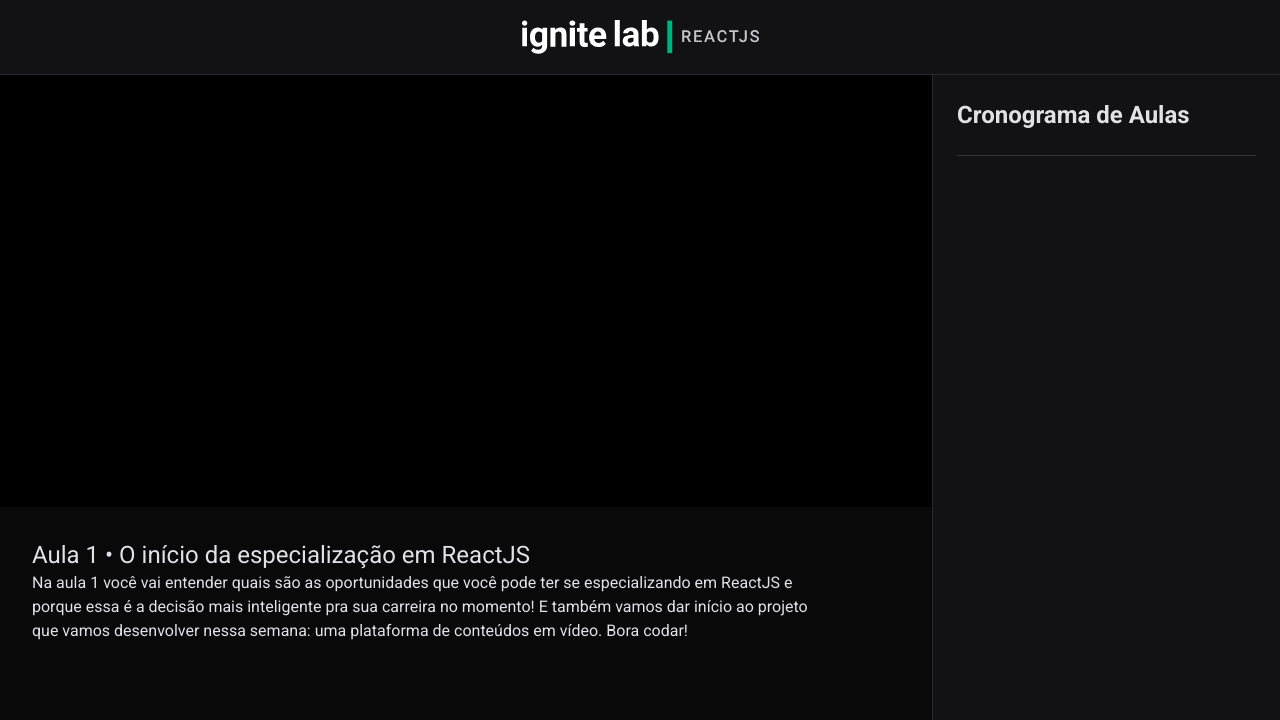
Repository: guilhermecardoso93/ignitelab
Page: /
An editor plug-in stored every save of this project. The page is shown before and after the next save, followed by the edit.
The browser window is 1280 px wide. The pictures show the whole page.
The page's requests for data from a server got no answer. The project was rebuilt for these pictures with package versions that can differ from the ones it lists, and the page was loaded fresh each time. No one was signed in, and anything a server would have sent is missing. Also part of the build but not shown: vite.config.ts, src/components/Lesson/index.tsx.

Above is the page before, as saved 2022-06-23 20:18:58.

### index.html
<!DOCTYPE html>
<html lang="en">
  <head>
    <meta charset="UTF-8" />
    <link rel="icon" type="image/svg+xml" href="/src/favicon.svg" />
    <link rel="preconnect" href="https://fonts.googleapis.com" />
    <link rel="preconnect" href="https://fonts.gstatic.com" crossorigin />
    <link
      href="https://fonts.googleapis.com/css2?family=Roboto:wght@400;500;700&display=swap"
      rel="stylesheet"
    />
    <meta name="viewport" content="width=device-width, initial-scale=1.0" />
    <title>Ignite Lab</title>
  </head>
  <body>
    <div id="root"></div>
    <script type="module" src="/src/main.tsx"></script>
  </body>
</html>

### src/main.tsx
import { ApolloProvider } from "@apollo/client";
import React from "react";
import ReactDOM from "react-dom/client";
import { App } from "./App";
import { client } from "./lib/apollo";

import "./styles/global.css";

ReactDOM.createRoot(document.getElementById("root")!).render(
  <React.StrictMode>
    <ApolloProvider client={client}>
      <App />
    </ApolloProvider>
  </React.StrictMode>
);

### src/App.tsx
import { Event } from "./pages/Event";

export function App() {
  return (
    <div>
      <Event />
    </div>
  );
}

### src/lib/apollo.ts
import { ApolloClient, InMemoryCache } from "@apollo/client";

export const client = new ApolloClient({
  uri: "https://api-sa-east-1.graphcms.com/v2/cl4orc0220r0201xnfce43eoi/master",
  cache: new InMemoryCache()
});

### src/pages/Event.tsx
import { Header } from "../components/Header";
import { Sidebar } from "../components/Sidebar";
import { Video } from "../components/Video";

export function Event() {
  return (
    <div className="flex flex-col min-h-screen">
      <Header />
      <main className="flex flex-1">
        <Video />
        <Sidebar />
      </main>
    </div>
  );
}

### src/components/Header/index.tsx
import { Logo } from "../Logo";

export function Header() {
  return (
    <header className='w-full py-5 flex items-center justify-center bg-gray-700 border-b border-gray-600'>
      <Logo/>
    </header>
  );
}

### src/components/Sidebar/index.tsx
import { gql, useQuery } from "@apollo/client";
import { Lesson } from "../Lesson";

const GET_LESSONS_QUERY = gql`
  query {
    lessons(orderBy: availableAt_ASC, stage: PUBLISHED) {
      id
      lessonType
      availableAt
      title
      slug
    }
  }
`;

interface GetLessonsQueryResponse {
  lessons: {
    id: string;
    title: string;
    slug: string;
    availableAt: string;
    lessonType: "live" | "class";
  }[];
}

export function Sidebar() {
  const { data } = useQuery<GetLessonsQueryResponse>(GET_LESSONS_QUERY);

  return (
    <aside className="w-[348px] bg-gray-700 p-6 border-l border-gray-600">
      <span className="font-bold text-2xl pb-6 mb-6 border-b border-gray-500 block">
        Cronograma de Aulas
      </span>

      <div className="flex flex-col gap-8">
        { data?.lessons.map( lesson => {
          return (
            <Lesson
            key={lesson.id}
            title={lesson.title}
            slug={lesson.slug}
            availableAt={new Date(lesson.availableAt)}
            type={lesson.lessonType}
          />
          )
        })}
      </div>
    </aside>
  );
}

### src/components/Video/index.tsx
export function Video() {
  return (
    <div className='flex-1 '>
      <div className="bg-black flex justify-center">
        <div className="h-full w-full max-w-[1100px] max-h-[60vh] aspect-video"></div>
      </div>
      <div className="p-8 max-w-[1100px] mx-auto">
        <div className="flex items-start gap-16">
          <div className="flex-1">
              <h1 className="text-2xl fot-bold">
                Aula 1 • O início da especialização em ReactJS
              </h1>
              <p>
              Na aula 1 você vai entender quais são as oportunidades que você pode ter se especializando em ReactJS e porque essa é a decisão mais inteligente pra sua carreira no momento! E também vamos dar início ao projeto que vamos desenvolver nessa semana: uma plataforma de conteúdos em vídeo. Bora codar!
              </p>
          </div>
          <div>

          </div>
        </div>
        <div>

        </div>
      </div>
    </div>

  );
}

### src/components/Logo/index.tsx
export function Logo() {
  return (
    <svg
      xmlns="http://www.w3.org/2000/svg"
      width="237"
      height="34"
      fill="none"
      viewBox="0 0 237 34"
    >
      <path
        fill="#fff"
        d="M.002 3.112a2.49 2.49 0 01.165-.987c.12-.314.304-.595.535-.83A2.906 2.906 0 012.615.572c.698 0 1.374.257 1.912.723.23.24.412.524.536.837a2.701 2.701 0 010 1.979 2.568 2.568 0 01-.536.837 2.889 2.889 0 01-1.907.723 2.901 2.901 0 01-1.908-.723 2.458 2.458 0 01-.538-.84 2.645 2.645 0 01-.172-.996zm4.96 23.146H.273V7.862h4.689v18.397zM8.012 16.973c0-2.853.686-5.145 2.055-6.883a6.653 6.653 0 015.528-2.606 5.869 5.869 0 014.802 2.09l.2-1.751h4.538v17.95a7.891 7.891 0 01-1.12 4.246 7.243 7.243 0 01-3.147 2.752 11.155 11.155 0 01-4.742.94c-1.378 0-2.74-.279-4.008-.812a7.08 7.08 0 01-2.946-2.11l2.208-3.02a5.905 5.905 0 004.543 2.08 4.356 4.356 0 003.104-1.059 3.938 3.938 0 001.103-2.993v-.994a5.775 5.775 0 01-4.555 1.935 6.647 6.647 0 01-3.05-.652 6.615 6.615 0 01-2.408-1.967c-1.397-1.752-2.085-4.089-2.085-6.942v-.21h-.025l.005.006zm4.997.355a6.723 6.723 0 001.026 3.956 3.233 3.233 0 002.799 1.443c.651.045 1.3-.088 1.878-.39a3.52 3.52 0 001.396-1.305v-7.825a3.448 3.448 0 00-1.374-1.305 3.504 3.504 0 00-1.86-.39 3.28 3.28 0 00-1.61.365 3.22 3.22 0 00-1.219 1.103c-.688.975-1.036 2.418-1.036 4.348zM33.098 7.833l.158 2.196a6.527 6.527 0 012.371-1.927 6.38 6.38 0 012.971-.62c1.97 0 3.438.597 4.39 1.79.953 1.194 1.456 2.936 1.486 5.293v12.249h-4.962V14.683a3.367 3.367 0 00-.684-2.344 3.086 3.086 0 00-1.069-.598 3.008 3.008 0 00-1.211-.13 3.349 3.349 0 00-1.821.454c-.553.32-1.01.794-1.313 1.367v13.37H28.45V7.845l4.647-.012zM47.512 3.112a2.304 2.304 0 01.185-.988 2.42 2.42 0 01.59-.831A3.439 3.439 0 0150.404.57c.772 0 1.52.256 2.117.723.508.486.792 1.142.792 1.826 0 .683-.284 1.34-.792 1.826a3.417 3.417 0 01-2.11.723c-.77 0-1.517-.257-2.11-.723a2.47 2.47 0 01-.594-.839 2.342 2.342 0 01-.19-.994h-.005zm5.483 23.149h-5.18V7.86h5.18v18.4zM62.454 3.334v4.612h3.107v3.677h-3.107v9.382c-.05.53.091 1.063.395 1.495a1.824 1.824 0 001.473.45c.476.002.95-.035 1.421-.114v3.803a9.672 9.672 0 01-2.939.449c-3.398 0-5.128-1.775-5.19-5.32V11.644h-2.642V7.968h2.643V3.356h4.841v-.025l-.002.003zM76.487 27.08a9.277 9.277 0 01-6.759-2.55c-1.74-1.699-2.605-3.957-2.605-6.797v-.494a11.295 11.295 0 011.098-5.08 8.141 8.141 0 013.111-3.465 8.72 8.72 0 014.59-1.22c2.577 0 4.62.815 6.098 2.449 1.478 1.633 2.226 3.94 2.226 6.929v2.055h-12.01a4.665 4.665 0 001.473 2.971 4.487 4.487 0 003.111 1.111 5.426 5.426 0 004.548-2.115l2.476 2.781a7.506 7.506 0 01-3.07 2.507 9.81 9.81 0 01-4.287.916v.002zm-.594-15.514a3.127 3.127 0 00-2.428 1.012 5.405 5.405 0 00-1.188 2.912h7.006v-.405a3.749 3.749 0 00-.908-2.608 3.252 3.252 0 00-2.45-.908h-.03l-.002-.003zM97.771 26.259h-4.957V0h4.957V26.26zM112.209 26.259c-.227-.444-.392-.997-.496-1.659-1.196 1.333-2.751 2.002-4.666 2.002-1.811 0-3.314-.523-4.504-1.572-1.191-1.049-1.786-2.372-1.786-3.966 0-1.96.725-3.464 2.179-4.513 1.453-1.049 3.553-1.58 6.3-1.59h2.273v-1.06c0-.854-.22-1.54-.659-2.051-.44-.513-1.131-.77-2.078-.77-.832 0-1.486.2-1.957.6-.474.4-.708.945-.708 1.64h-4.941c0-1.07.331-2.062.992-2.973.662-.91 1.597-1.626 2.804-2.144 1.206-.518 2.564-.778 4.069-.778 2.28 0 4.089.573 5.429 1.718 1.34 1.145 2.009 2.756 2.009 4.83v8.017c.012 1.754.256 3.082.735 3.983v.29h-4.992l-.003-.004zm-4.086-3.435c.728 0 1.402-.163 2.016-.486.614-.326 1.071-.76 1.367-1.308v-3.181h-1.846c-2.472 0-3.79.854-3.948 2.564l-.017.291c0 .614.217 1.123.649 1.523.434.4 1.026.6 1.779.6v-.003zM136.58 17.183c0 2.963-.632 5.273-1.898 6.931-1.265 1.659-3.032 2.488-5.3 2.488-2.006 0-3.608-.77-4.805-2.308l-.222 1.967h-4.444V.001h4.94v9.418c1.14-1.332 2.638-2 4.496-2 2.256 0 4.025.828 5.308 2.487 1.283 1.658 1.923 3.992 1.923 7v.274l.002.003zm-4.94-.358c0-1.868-.296-3.233-.889-4.094-.592-.861-1.475-1.29-2.65-1.29-1.572 0-2.655.643-3.247 1.932v7.299c.604 1.298 1.697 1.95 3.282 1.95 1.584 0 2.643-.788 3.146-2.36.239-.752.358-1.897.358-3.437z"
      ></path>
      <path
        fill="#C4C4CC"
        d="M164.51 17.501h-2.283v4.53h-2.048v-11.78h4.143c1.36 0 2.408.306 3.149.915.74.61 1.108 1.493 1.108 2.648 0 .787-.19 1.449-.57 1.98-.38.532-.911.94-1.59 1.226l2.646 4.906v.106h-2.194l-2.364-4.531h.003zm-2.283-1.65h2.105c.691 0 1.229-.176 1.619-.524.39-.348.582-.824.582-1.429 0-.604-.18-1.12-.538-1.466-.358-.345-.893-.523-1.606-.533h-2.162V15.85zM179.066 16.773h-4.839v3.625h5.656v1.634h-7.704V10.25h7.648v1.65h-5.6v3.253h4.839v1.62zM189.803 19.29h-4.565l-.955 2.744h-2.127l4.452-11.783h1.836l4.459 11.783h-2.137l-.963-2.744zm-3.99-1.65h3.415l-1.707-4.89-1.708 4.89zM204.716 18.197c-.119 1.256-.583 2.238-1.392 2.941-.81.703-1.885 1.056-3.228 1.056-.938 0-1.764-.222-2.48-.668-.715-.445-1.266-1.079-1.656-1.898-.387-.82-.589-1.772-.607-2.858v-1.1c0-1.11.198-2.09.59-2.937.392-.846.96-1.5 1.695-1.96.736-.458 1.587-.688 2.554-.688 1.301 0 2.347.353 3.139 1.057.792.703 1.254 1.7 1.385 2.99h-2.039c-.096-.846-.343-1.458-.74-1.833-.397-.375-.977-.563-1.745-.563-.89 0-1.574.326-2.05.977-.479.652-.721 1.605-.733 2.863v1.044c0 1.273.227 2.245.683 2.917.457.668 1.123 1.004 2.004 1.004.805 0 1.409-.18 1.814-.543.405-.363.661-.962.77-1.804h2.038l-.002.003zM216.481 11.902h-3.674v10.132h-2.031V11.902h-3.642V10.25h9.347v1.65zM222.759 10.251h2.039v8.262c0 1.127-.353 2.023-1.057 2.687-.703.664-1.633.995-2.788.995-1.229 0-2.179-.311-2.848-.93-.669-.62-1.004-1.484-1.004-2.59h2.038c0 .627.156 1.096.467 1.412.31.316.76.474 1.347.474.55 0 .989-.183 1.315-.545.326-.366.489-.867.489-1.51V10.25h.002zM234.952 18.999c0-.518-.183-.918-.545-1.197-.363-.279-1.022-.563-1.972-.849-.95-.286-1.705-.604-2.265-.955-1.074-.674-1.612-1.555-1.612-2.638 0-.95.388-1.732 1.163-2.347.774-.614 1.779-.922 3.015-.922.819 0 1.55.15 2.194.454a3.597 3.597 0 011.513 1.29c.367.558.55 1.177.55 1.858h-2.038c0-.614-.193-1.095-.578-1.443-.385-.348-.938-.524-1.656-.524-.668 0-1.189.144-1.557.43-.37.286-.555.686-.555 1.197 0 .432.2.792.6 1.08.399.29 1.056.57 1.974.842.918.271 1.653.582 2.208.93.556.348.963.748 1.222 1.197.259.452.387.977.387 1.582 0 .982-.375 1.762-1.127 2.342-.753.58-1.775.87-3.063.87a5.755 5.755 0 01-2.352-.473c-.715-.316-1.27-.75-1.668-1.308-.397-.555-.594-1.204-.594-1.942h2.048c0 .669.222 1.187.664 1.555.441.367 1.075.55 1.902.55.713 0 1.246-.143 1.607-.432.357-.288.538-.671.538-1.145l-.003-.002z"
      ></path>
      <path fill="#00B37E" d="M150.271 33.146h-4.958V.57h4.958v32.576z"></path>
    </svg>
  );
}

### tailwind.config.js
/** @type {import('tailwindcss').Config} */
module.exports = {
  content: ["./src/**/*.tsx"],
  theme: {
    extend: {
      fontFamily: {
        sans: "Roboto, sans-serif"
      },
      colors: {
        green: {
          300: "#00B37E",
          500: "#00875F",
          700: "#015F43"
        },
        blue: {
          500: "#81D8F7"
        },
        orange: {
          500: "#FBA94C"
        },
        red: {
          500: "#F75A68"
        },
        gray: {
          100: "#E1E1E6",
          200: "#C4C4CC",
          300: "#8D8D99",
          500: "#323238",
          600: "#29292E",
          700: "#121214",
          900: "#09090A"
        }
      }
    }
  },
  plugins: []
};

Loaded but not shown: src/styles/global.css (common file)

After the next save:
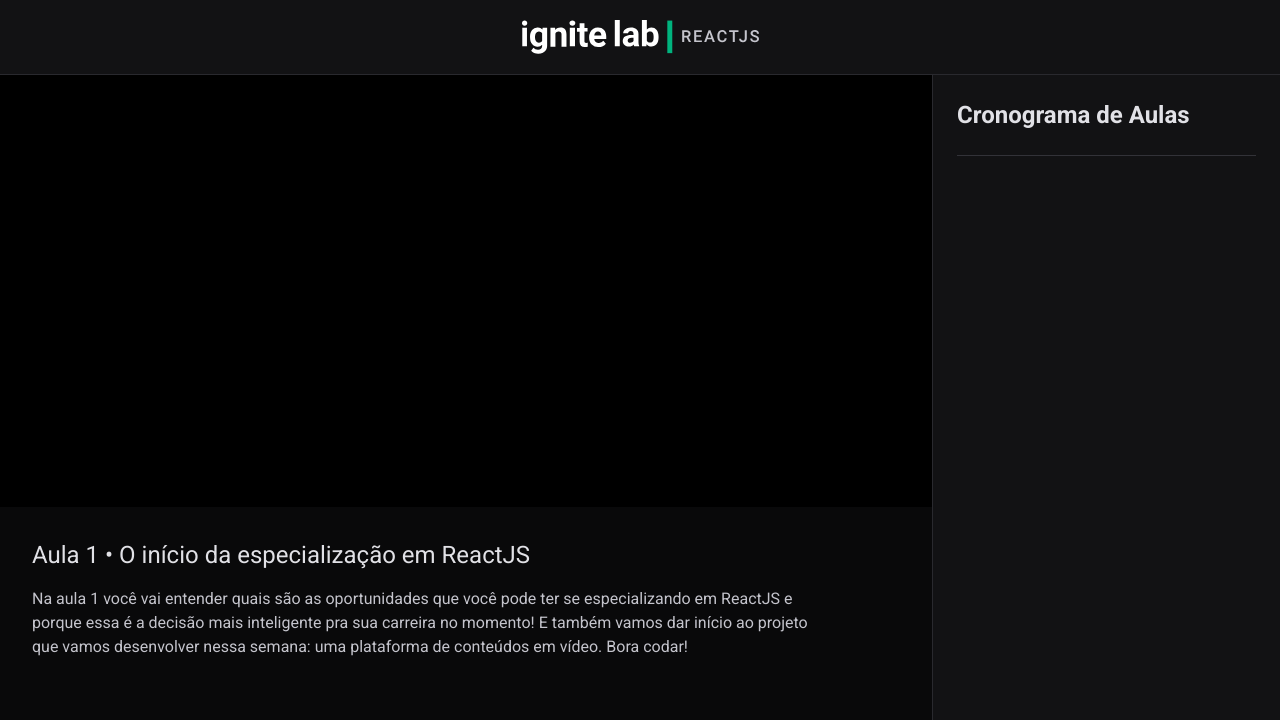
Saved 25 s later.
--- a/src/components/Video/index.tsx
+++ b/src/components/Video/index.tsx
@@ -10,7 +10,7 @@
               <h1 className="text-2xl fot-bold">
                 Aula 1 • O início da especialização em ReactJS
               </h1>
-              <p>
+              <p className="mt-4 text-gray-200">
               Na aula 1 você vai entender quais são as oportunidades que você pode ter se especializando em ReactJS e porque essa é a decisão mais inteligente pra sua carreira no momento! E também vamos dar início ao projeto que vamos desenvolver nessa semana: uma plataforma de conteúdos em vídeo. Bora codar!
               </p>
           </div>
